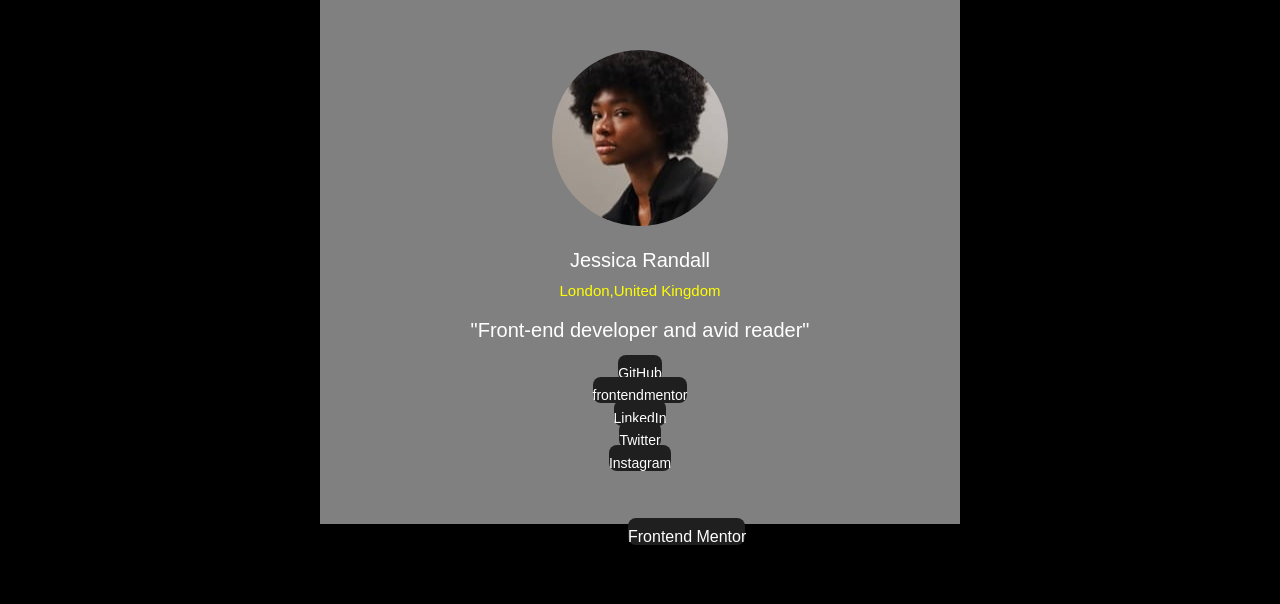
Repository: JosephAbatan05/Social-links-profile
Page: social-links-profile-main/index.html
An editor plug-in stored every save of this project. The page is shown before and after a run of saves, followed by the edit.
The browser window is 1280 px wide. The pictures show the whole page.

Above is the page before, as saved 2025-01-26 16:11:25.

After the next 2 saves:
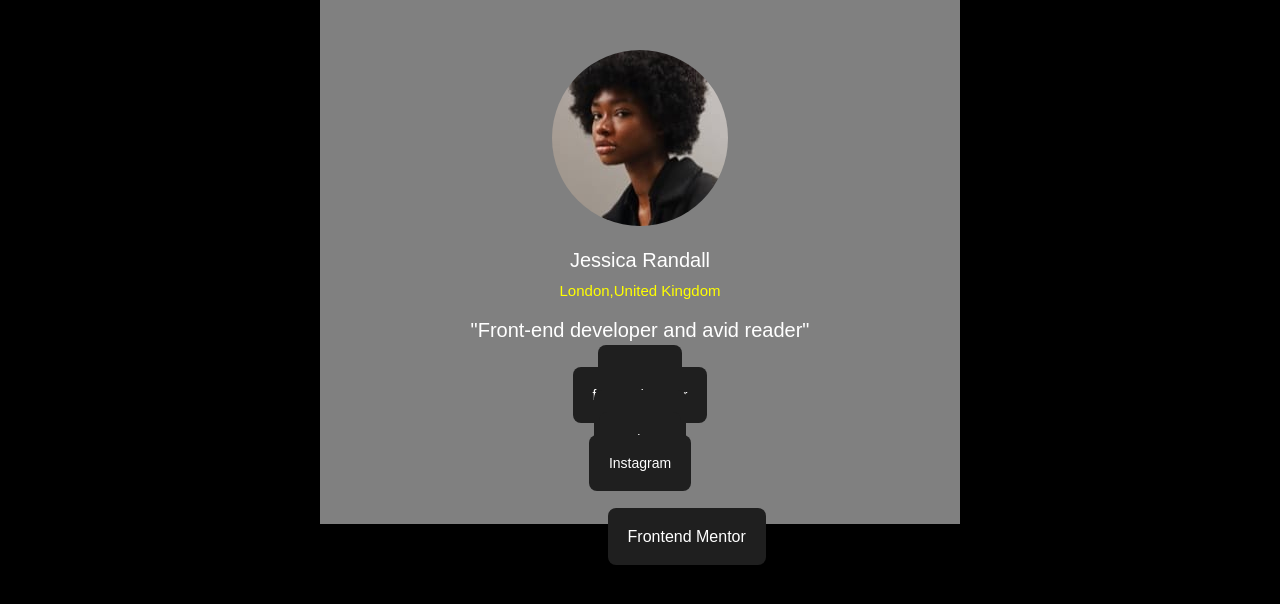
The 2 saves are shown as one change because they came seconds apart.
The last was saved 21 s later.
--- a/social-links-profile-main/styles.css
+++ b/social-links-profile-main/styles.css
@@ -55,7 +55,7 @@ img{
 a{
     border: none;
     text-decoration: none;
-    padding-top:10px;
+    padding:20px;
     color: white;
     line-height: 1.6;
     border-radius: 8px;
